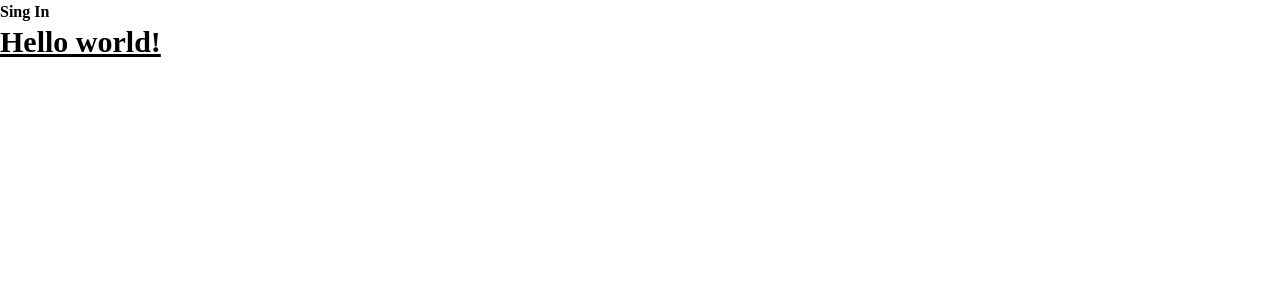
Repository: Gunplay/Smart-Home
Page: /
The author's editor kept a copy of each file at every save. The page is drawn from the files as they stood at one save, then again after the next save.
The browser window is 1280 px wide. The pictures show the whole page.
The project was rebuilt for these pictures with package versions that can differ from the ones it lists, and the page was loaded fresh each time. Also part of the build but not shown: vite.config.js, vite.config.ts.

Above is the page before, as saved 2024-06-12 16:49:46.

After the next save:
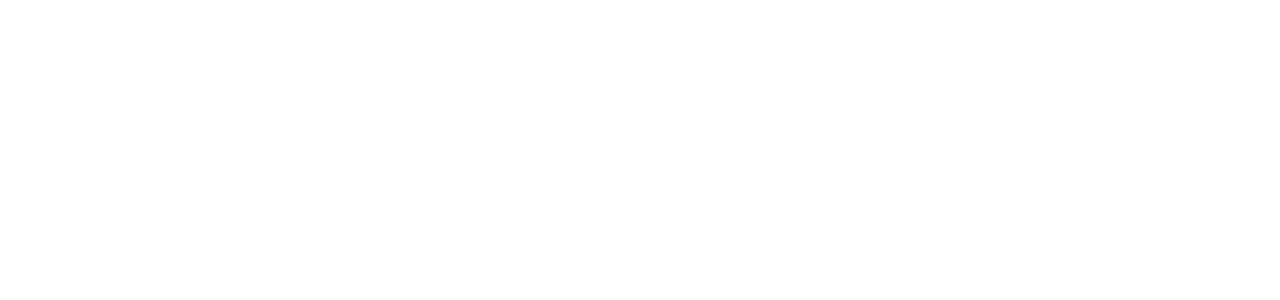
Console error (its wording comes from the project's code and is left out).
Saved 36 s later.
--- a/src/components/Button/index.tsx
+++ b/src/components/Button/index.tsx
@@ -1,15 +1,3 @@
-const Button = () => {
-	return (
-		<button
-			className='bg-blue-500 hover:bg-orange-500
-
-
-
-		text-white font-bold py-2 px-4 rounded'
-		>
-			Sing In
-		</button>
-	);
-};
-
-export default Button;
+<button className='bg-gradient-to-r from-blue-500 to-blue-700 hover:bg-gradient-to-r from-blue-700 to-blue-900 text-white font-bold py-2 px-4 rounded-full'>
+	Войти
+</button>;

After the save that followed:
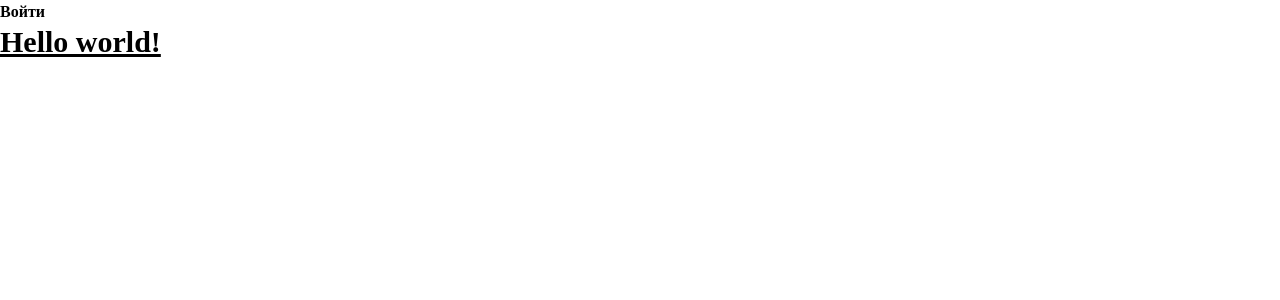
The error is gone.
Saved 5 s later.
--- a/src/components/Button/index.tsx
+++ b/src/components/Button/index.tsx
@@ -1,3 +1,9 @@
-<button className='bg-gradient-to-r from-blue-500 to-blue-700 hover:bg-gradient-to-r from-blue-700 to-blue-900 text-white font-bold py-2 px-4 rounded-full'>
-	Войти
-</button>;
+const Button = () => {
+	return (
+		<button className='bg-gradient-to-r from-blue-500 to-blue-700 hover:bg-gradient-to-r from-blue-700 to-blue-900 text-white font-bold py-2 px-4 rounded-full'>
+			Войти
+		</button>
+	);
+};
+
+export default Button;
